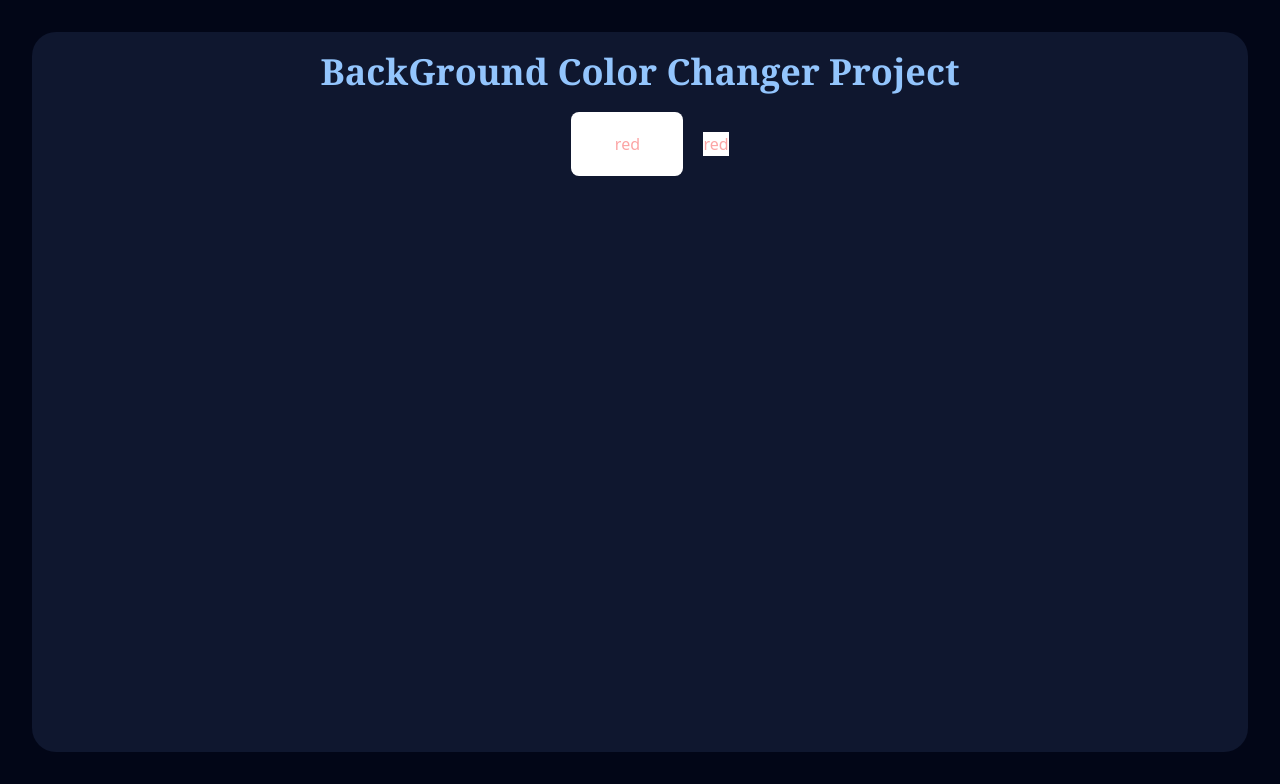
Repository: ChaitanyMishra/react-daily-work
Page: / (app in day-04-react/bg_color_changer/)
The author's editor kept a copy of each file at every save. The page is drawn from the files as they stood at one save, then again after the next save.
The browser window is 1280 px wide. The pictures show the whole page.
The project was rebuilt for these pictures with package versions that can differ from the ones it lists, and the page was loaded fresh each time. Also part of the build but not shown: day-04-react/bg_color_changer/vite.config.js, day-04-react/bg_color_changer/src/backGrounColorChanger/bgChange.jsx.

Above is the page before, as saved 2025-06-20 17:03:01.

After the next save:
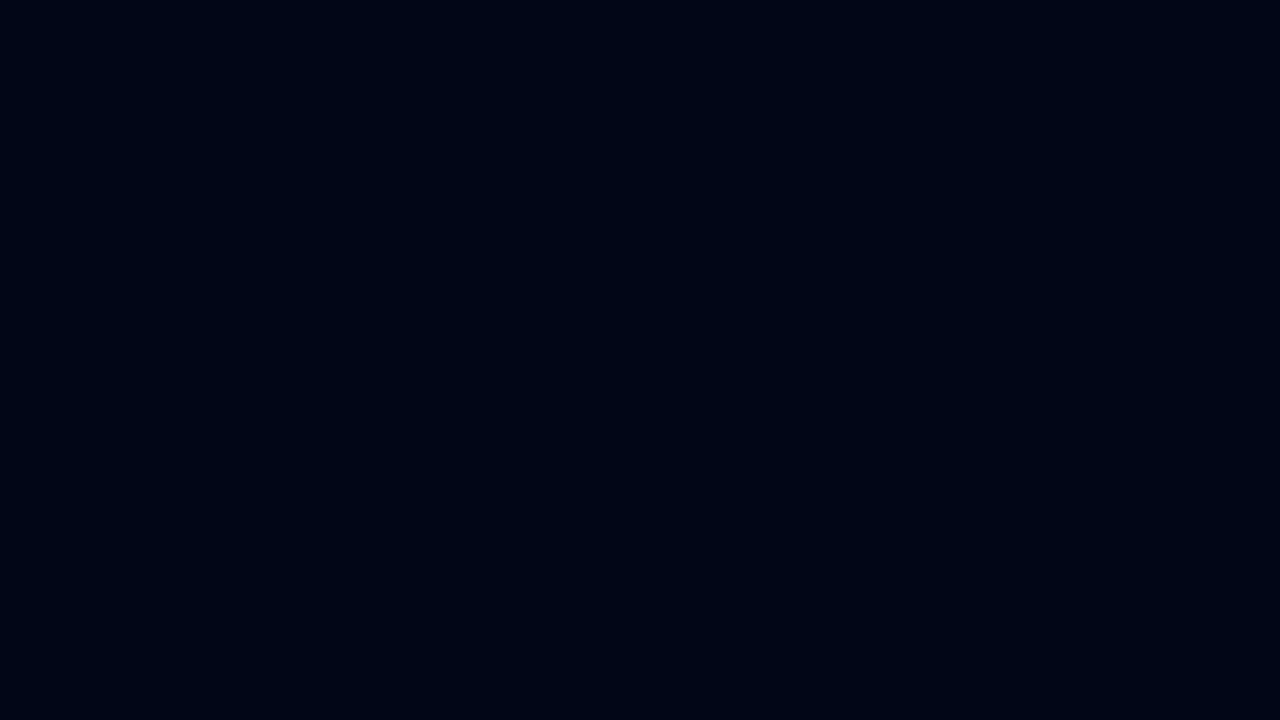
Console error: ReferenceError: ColorChangeButton is not defined
Saved 17 s later.
--- a/day-04-react/bg_color_changer/src/App.jsx
+++ b/day-04-react/bg_color_changer/src/App.jsx
@@ -1,6 +1,6 @@
 import {useState } from 'react'
 import ChangeBgColor from './backGrounColorChanger/bgChange'
-import  ColorChangeButton from './backGrounColorChanger/buttonComponent'
+
 import './App.css'
 
 function App() {

After the 6 saves that followed:
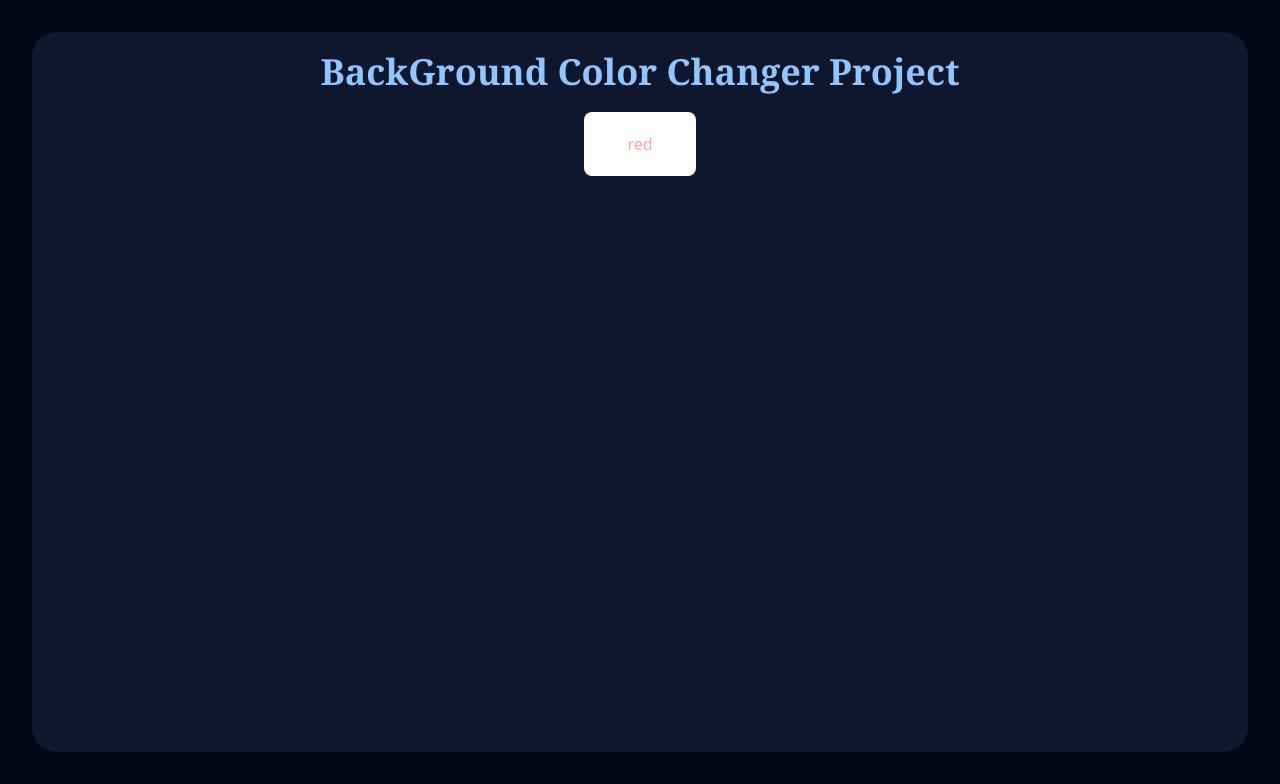
The error is gone.
The 6 saves are shown as one change because 1 did not build or start and some came seconds apart.
The last was saved 19 s later.
--- a/day-04-react/bg_color_changer/src/App.jsx
+++ b/day-04-react/bg_color_changer/src/App.jsx
@@ -11,7 +11,7 @@ function App() {
 
     <h1 className=' pt-5 text-4xl font-serif font-bold text-blue-300 '>BackGround Color Changer Project</h1>
      <button className="bg-white text-red-300 m-5 p-5 rounded-lg w-[7rem]  ">red</button>
-   <ColorChangeButton/>
+    <changeColor />
     </div>
 
   )
